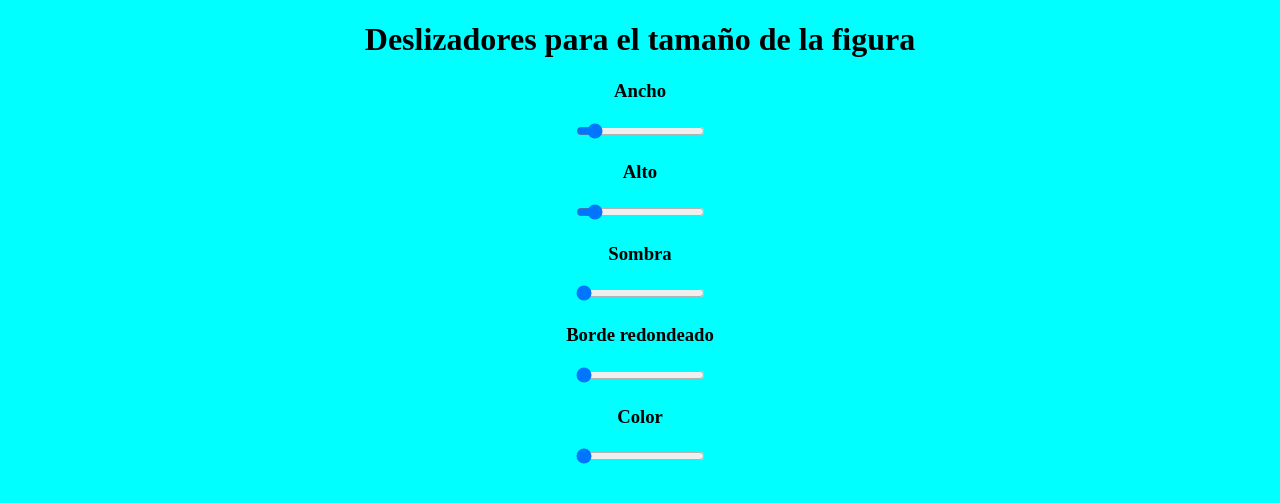
Repository: Kevin8548/Ejercicios-DOM
Page: Deslizador.html
These files come from the project's save history. The page is drawn as it stood at one moment and after the next save; the edit follows.
The browser window is 1280 px wide. The pictures show the whole page.

Above is the page before, as saved 2024-10-08 12:13:13.

### Deslizador.html
<!DOCTYPE html>
<html lang="es">
<head>
    <meta charset="UTF-8">
    <meta name="viewport" content="width=device-width, initial-scale=1.0">
    <title>Deslizadores</title>
    <link rel="stylesheet" href="deslizadores.css">
</head>
<body>
    <h1>Deslizadores para el tamaño de la figura</h1>
    <div>
        <h3>Ancho</h3>
        <input type="range" id="sliderAncho" min="0" max="1000" value="100" step="1">
        <h3>Alto</h3>
        <input type="range" id="sliderAlto" min="0" max="1000" value="100" step="1">
        <h3>Sombra</h3>
        <input type="range" id="sliderSombra" min="0" max="500" value="0" step="1">
        <h3>Borde redondeado</h3>
        <input type="range" id="sliderEsquina" min="0" max="50" value="0" step="1">

        <h3>Color</h3>
        <input type="range" id="sliderColor" min="0" max="100" value="0" step="1">

    <script src="./colorsbg/deslizador.js"></script>
</body>
</html>

### deslizadores.css
body {
    background-color: aqua;
    text-align: center;
}

.div {
    width: 100px;
    height: 100px;
    background-color: brown;
    margin: 0 auto;
}

### colorsbg/deslizador.js
const sliderAncho = document.getElementById('sliderAncho');
const sliderAlto = document.getElementById('sliderAlto');
const sliderBorde = document.getElementById('sliderBorde');
const sliderSombra = document.getElementById('sliderSombra');
const sliderEsquina = document.getElementById('sliderEsquina');
const div = document.querySelector('.div');

sliderAncho.addEventListener('input', function() {
    const nuevoAncho = sliderAncho.value + 'px';
    div.style.width = nuevoAncho;
});

sliderAlto.addEventListener('input', function() {
    const nuevoAlto = sliderAlto.value + 'px';
    div.style.height = nuevoAlto;
});

sliderSombra.addEventListener('input', function() {
    const sombra = sliderSombra.value + 'px';
    div.style.boxShadow = `0 0 ${sombra} rgba(0, 0, 0, 1)`;
});

sliderEsquina.addEventListener('input', function() {
    div.style.borderRadius = `${sliderEsquina.value}px`;


});

After the next save:
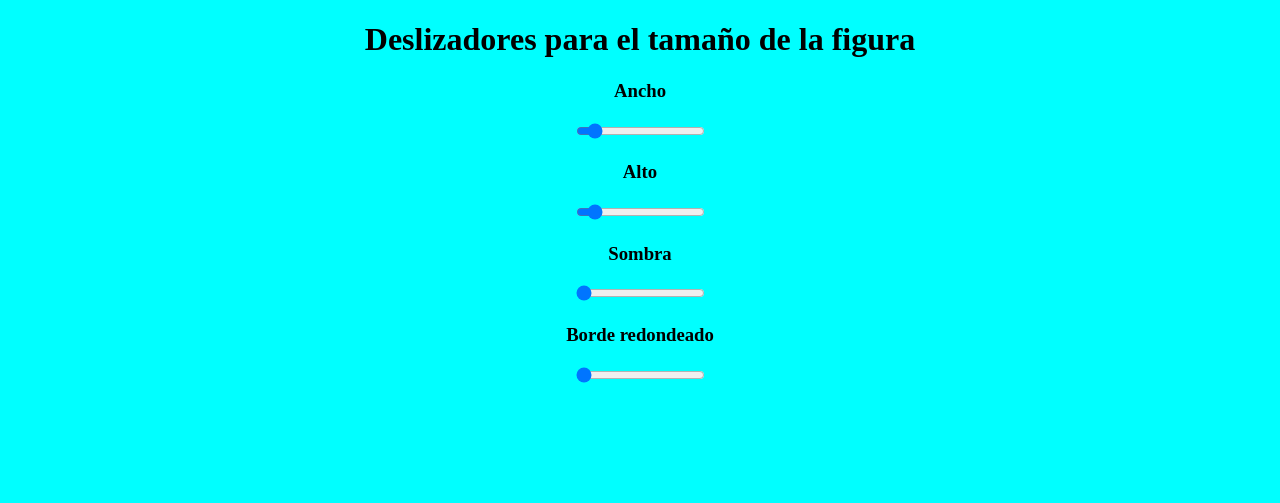
Saved 9 s later.
--- a/Deslizador.html
+++ b/Deslizador.html
@@ -18,8 +18,6 @@
         <h3>Borde redondeado</h3>
         <input type="range" id="sliderEsquina" min="0" max="50" value="0" step="1">
 
-        <h3>Color</h3>
-        <input type="range" id="sliderColor" min="0" max="100" value="0" step="1">
 
     <script src="./colorsbg/deslizador.js"></script>
 </body>
